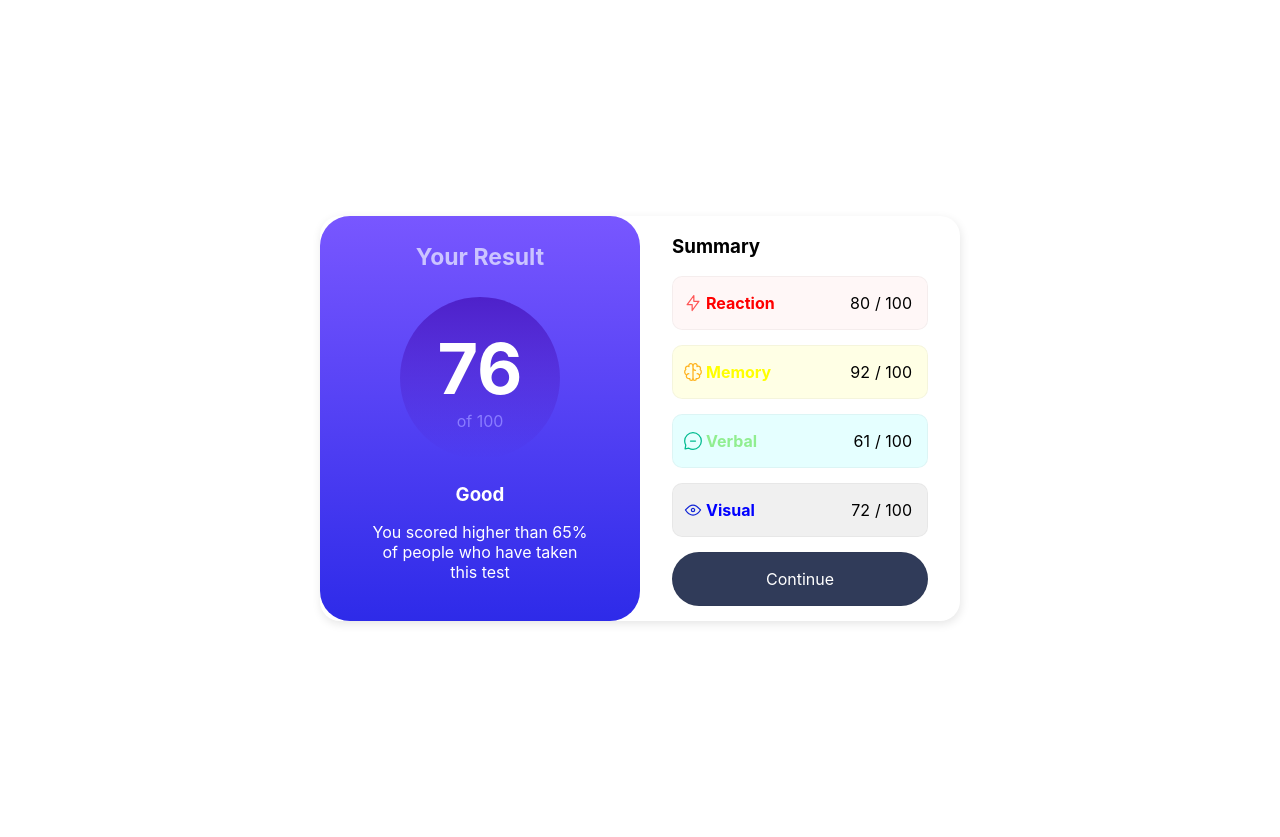
Repository: JeanPaulBassil/Result-Summary-Design
Page: /
The author's editor kept a copy of each file at every save. The page is drawn from the files as they stood at one save, then again after the next save.
The browser window is 1280 px wide. The pictures show the whole page.
The project was rebuilt for these pictures with package versions that can differ from the ones it lists, and the page was loaded fresh each time.

Above is the page before, as saved 2023-02-24 18:30:59.

After the next save:
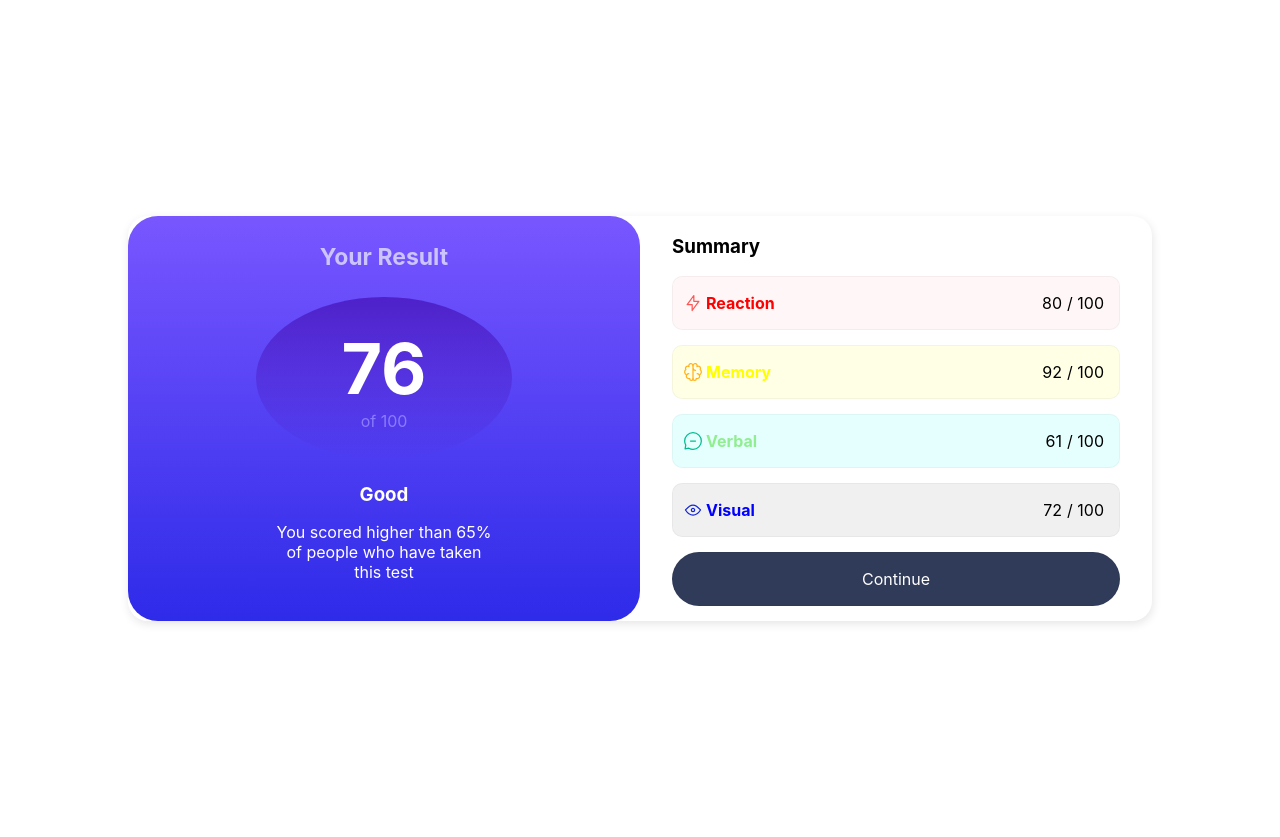
Saved 110 s later.
--- a/src/index.css
+++ b/src/index.css
@@ -22,6 +22,8 @@ code {
   grid-template-columns: minmax(250px, 1fr) minmax(250px, 1fr);
 }
 
-@media (max-width: 1125){
-
+@media (max-width: 1440px){
+  .app {
+    width: 80vw;
+  }
 }
